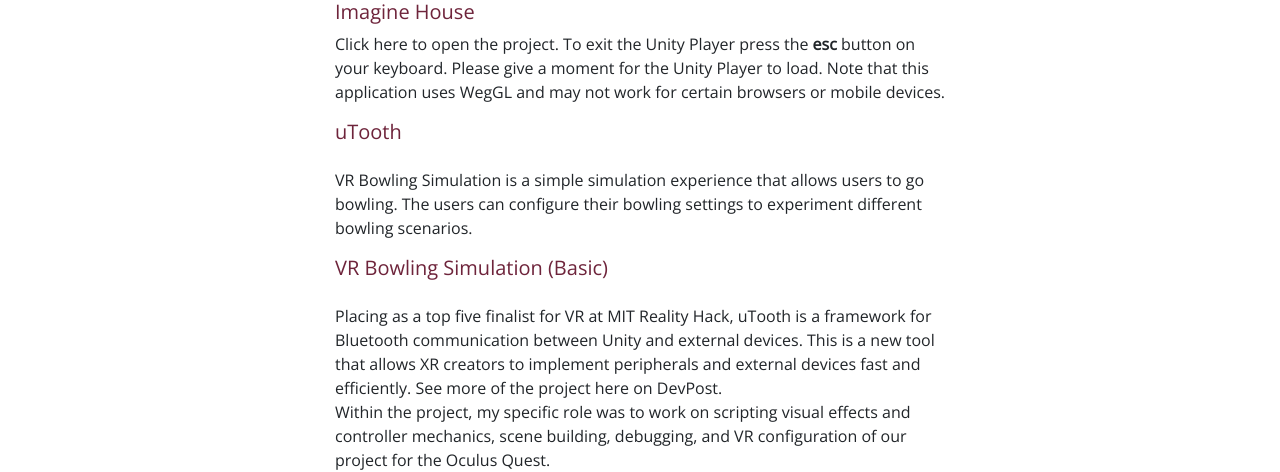
Repository: ceiselm/ceiselm.github.io
Page: subpages/virtualreality.html
The author's editor kept a copy of each file at every save. The page is drawn from the files as they stood at one save, then again after a run of saves.
The browser window is 1280 px wide. The pictures show the part of the page from y = 1197 to 1669 px (the page is 2122 px tall).
Pictures or frames that could not be fetched are drawn as grey boxes.

Above is the page before, as saved 2020-12-02 02:22:07.
Console error: TypeError: $(...).slick is not a function

After the next 2 saves:
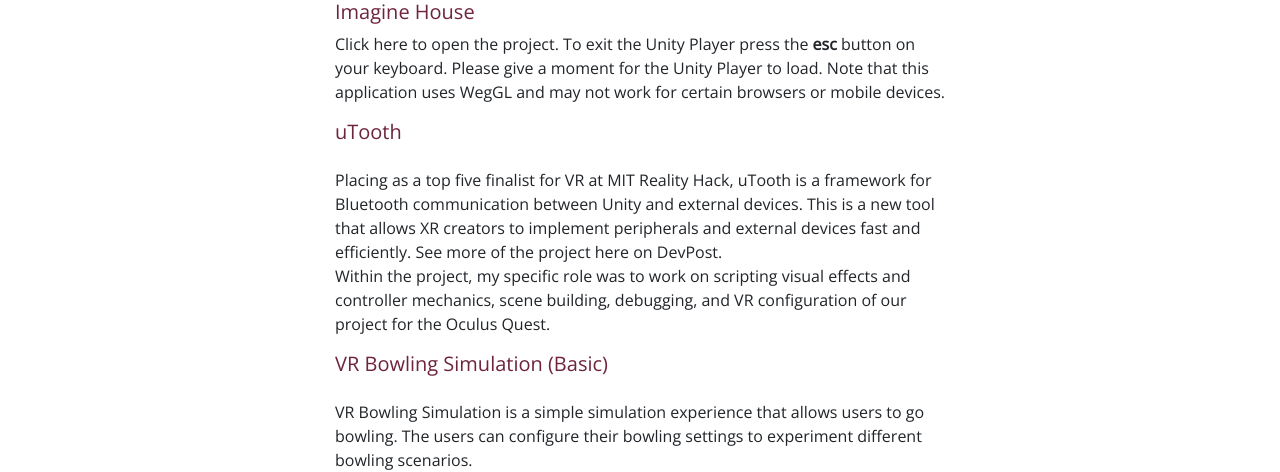
The 2 saves are shown as one change because they came seconds apart.
The last was saved 36 s later.
--- a/subpages/virtualreality.html
+++ b/subpages/virtualreality.html
@@ -187,20 +187,6 @@
                                             <div class="row justify-content-center">
                                                 <div class="col">
                                                     <p align="left">
-                                                    <div class="words"> VR Bowling Simulation is a
-                                                        simple simulation experience that allows users to go bowling. The users
-                                                        can configure their bowling settings to experiment different bowling scenarios.
-                                                    </div>
-                                                    </p>
-                                                </div>
-                                            </div>
-                                        </div>
-                                        <div class="targetDiv" id="div4">
-
-                                            <h5 align="left">VR Bowling Simulation (Basic)</h5>
-                                            <div class="row justify-content-center">
-                                                <div class="col">
-                                                    <p align="left">
                                                     <div class="words"> Placing as a top five finalist for VR at <a
                                                             class="clickme" target="_blank"
                                                             href="https://www.mitrealityhack.com/">MIT
@@ -221,6 +207,22 @@
                                                         effects and controller mechanics, scene
                                                         building, debugging, and VR configuration of our project for the
                                                         Oculus Quest.
+                                                    </div>
+                                                    </p>
+                                                </div>
+                                            </div>
+                                        </div>
+                                        <div class="targetDiv" id="div4">
+
+                                            <h5 align="left">VR Bowling Simulation (Basic)</h5>
+                                            <div class="row justify-content-center">
+                                                <div class="col">
+                                                    <p align="left">
+                                                    <div class="words"> VR Bowling Simulation is a
+                                                        simple simulation experience that allows users to go bowling.
+                                                        The users
+                                                        can configure their bowling settings to experiment different
+                                                        bowling scenarios.
                                                     </div>
                                                     <div class="google-slides-container">
                                                         <iframe width="560" height="315"
